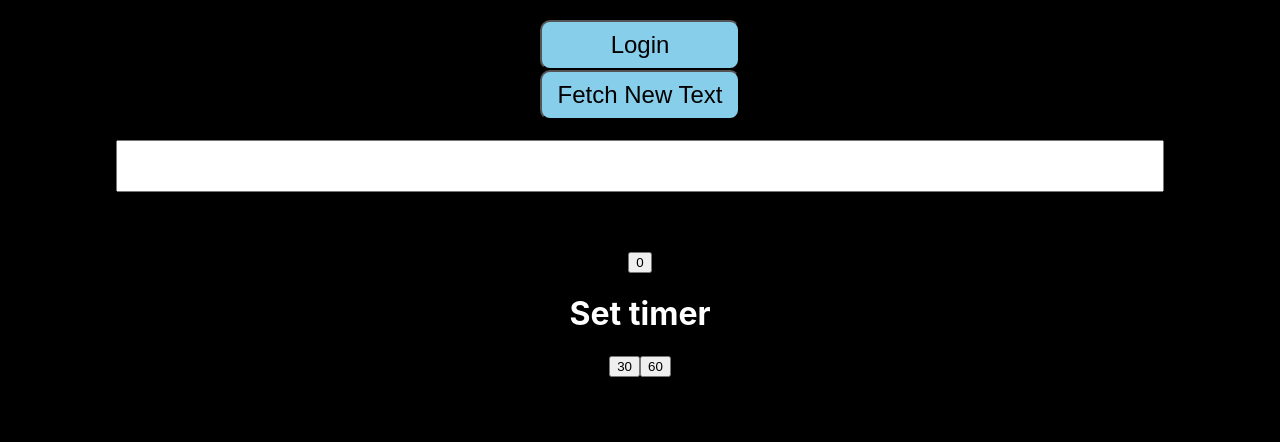
Repository: abhaysharma20233009/swiftKey
Page: / (app in frontend/my-app/)
These files come from the project's save history. The page is drawn as it stood at one moment and after the next save; the edit follows.
The browser window is 1280 px wide. The pictures show the whole page.
The page's requests for data from a server got no answer. The project was rebuilt for these pictures with package versions that can differ from the ones it lists, and the page was loaded fresh each time. No one was signed in, and anything a server would have sent is missing. Also part of the build but not shown: frontend/my-app/src/Results.js, frontend/my-app/src/Login.js.

Above is the page before, as saved 2024-10-10 14:53:17.

### frontend/my-app/src/App.js
//App.js

import './App.css';
import React from 'react';
import { BrowserRouter as Router, Route, Routes } from 'react-router-dom';
import Swift from './Swifts';
import Results from './Results';
import Login from './Login';
const App = () => {
    return (
        <Router>
			<div className="App">
            <Routes>
                <Route path="/" element={<Swift />} />
                <Route path="/results" element={<Results />} />
                <Route path="/login" element={<Login />} />
            </Routes>
			</div>
        </Router>
    );
};

export default App;

### frontend/my-app/src/App.css
.App {
  text-align: center;
  color:white;
}

body{
  background-color:black;
}

.log{
  color:black;
  margin-left: 10px;
  margin-right: 10px;
  background-color: skyblue;
  border-radius: 10px;
  height:50px;
  width:200px;
  justify-self: end;
  font-size: x-large;
}

### frontend/my-app/src/Swifts.js
import React, { useState, useEffect } from 'react';
import { useNavigate, useLocation } from 'react-router-dom';

function Swifts() {
    const [message, setMessage] = useState('');
    const [inputValue, setInputValue] = useState('');
    const [currentWordIndex, setCurrentWordIndex] = useState(0);
    const [time, setTime] = useState(0);
    const navigate = useNavigate();
    const location = useLocation();

    // Retrieve username from location state
    const username = location.state?.username||'';

    const fetchMessages = async () => {
        try {
            const response = await fetch('http://localhost:7000/random-paragraph');
            const data = await response.json();
            if (data && typeof data === 'string') {
                setMessage(data);
                setInputValue('');
                setCurrentWordIndex(0);
            } else {
                console.error('Invalid data format:', data);
            }
        } catch (error) {
            console.error('Error fetching messages:', error);
        }
    };

    useEffect(() => {
        fetchMessages();
    }, []);

    useEffect(() => {
        if (time > 0) {
            const timer = setTimeout(() => {
                navigate('/results', { state: { currentWordIndex, username } }); // Pass both currentWordIndex and username
            }, time * 1000);

            return () => clearTimeout(timer);
        }
    }, [time, currentWordIndex, navigate, username]);

    const handleInputChange = (e) => {
        const value = e.target.value;
        setInputValue(value);

        const words = message.split(' ');
        const currentWord = words[currentWordIndex];

        if (currentWord && currentWord.startsWith(value.trim())) {
            if (value.trim() === currentWord) {
                setCurrentWordIndex((prevIndex) => prevIndex + 1);
                setInputValue('');
            }
        }
    };

    const words = message.split(' ');
    const currentWord = words[currentWordIndex] || '';

    return (
        <div style={{ textAlign: 'center', marginTop: '20px' }}>
            {username && <h2>Welcome, {username}!</h2>}
            <button className="log" onClick={() => navigate('/login')}>Login</button>
            <br/>
            <button className="log"onClick={fetchMessages}>Fetch New Text</button>
            <br/>
            <input
                type="text"
                value={inputValue}
                onChange={handleInputChange}
                style={{
                    fontSize: '24px',
                    width: '80%',
                    padding: '10px',
                    margin: '20px 0',
                }}
                placeholder={currentWord.slice(inputValue.length)}
            />
            <div style={{ fontSize: '24px', marginTop: '10px' }}>
                {words.map((word, index) => (
                    <span
                        key={index}
                        style={{
                            padding: '0 5px',
                            color: index === currentWordIndex ? 'blue' : 'white',
                            textDecoration: index < currentWordIndex ? 'line-through' : 'none',
                        }}
                    >
                        {word}
                    </span>
                ))}
            </div>
            <button>{currentWordIndex}</button>
            <h1>Set timer</h1>
            <button onClick={() => setTime(30)}>30</button>
            <button onClick={() => setTime(60)}>60</button>
        </div>
    );
}

export default Swifts;

Loaded but not shown: frontend/my-app/public/index.html (common file); frontend/my-app/src/index.js (common file); frontend/my-app/src/index.css (common file); frontend/my-app/src/reportWebVitals.js (common file)

After the next save:
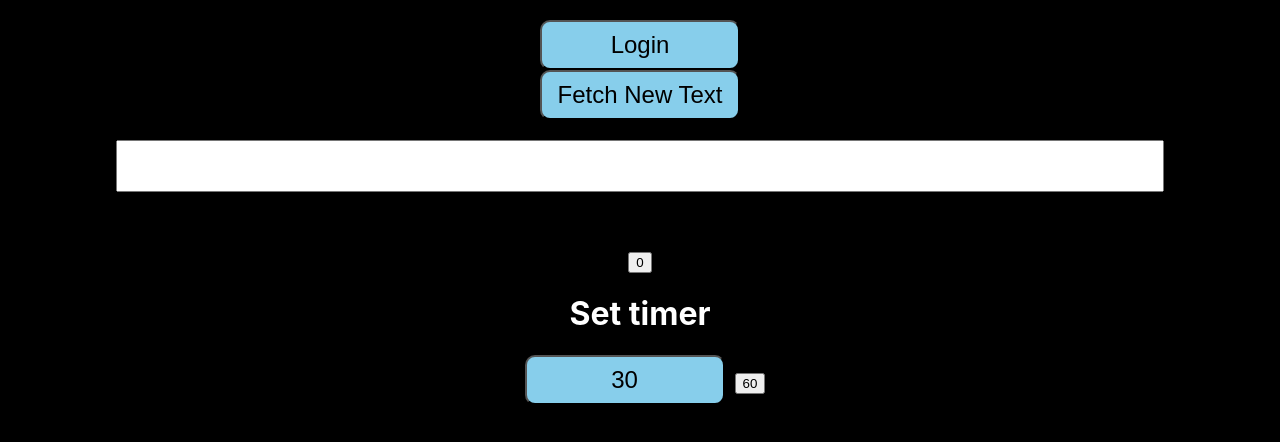
Saved 36 s later.
--- a/frontend/my-app/src/Swifts.js
+++ b/frontend/my-app/src/Swifts.js
@@ -65,7 +65,7 @@ function Swifts() {
             {username && <h2>Welcome, {username}!</h2>}
             <button className="log" onClick={() => navigate('/login')}>Login</button>
             <br/>
-            <button className="log"onClick={fetchMessages}>Fetch New Text</button>
+            <button className="log" onClick={fetchMessages}>Fetch New Text</button>
             <br/>
             <input
                 type="text"
@@ -95,7 +95,7 @@ function Swifts() {
             </div>
             <button>{currentWordIndex}</button>
             <h1>Set timer</h1>
-            <button onClick={() => setTime(30)}>30</button>
+            <button className="log" onClick={() => setTime(30)}>30</button>
             <button onClick={() => setTime(60)}>60</button>
         </div>
     );
